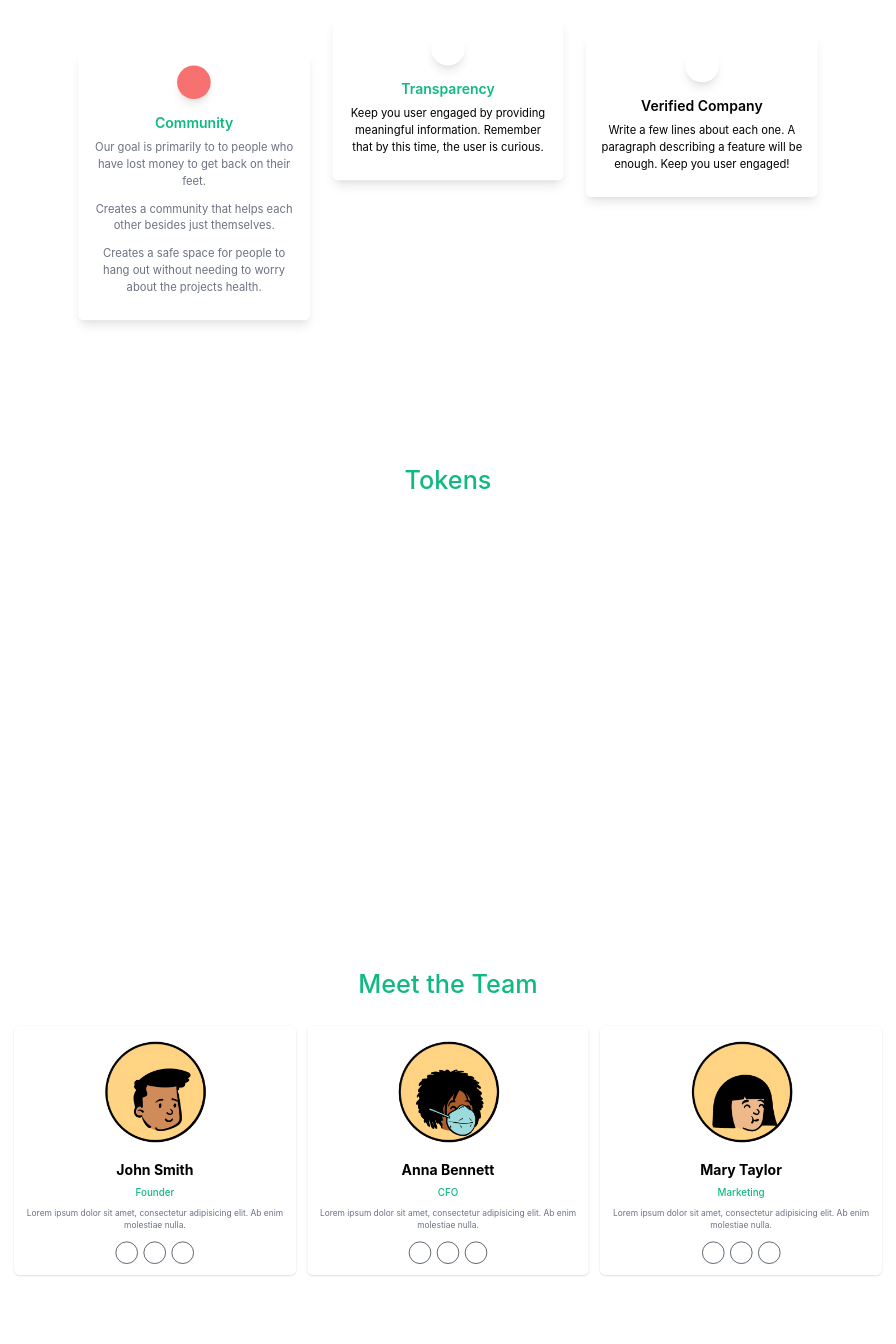
Repository: rhinorphan/phat-landing-page
Page: /
These files come from the project's save history. The page is drawn as it stood at one moment and after the next save; the edit follows.
The browser window is 1280 px wide. The pictures show the part of the page from y = 1552 to 3472 px (the page is 4120 px tall before and 4080 px after), at 70% of full size.
The project was rebuilt for these pictures with package versions that can differ from the ones it lists, and the page was loaded fresh each time. Also part of the build but not shown: craco.config.js.

Above is the page before, as saved 2021-11-17 17:38:38.

### public/index.html
<!DOCTYPE html>
<html lang="en">
  <head>
    <meta charset="utf-8" />
    <link rel="icon" href="%PUBLIC_URL%/assets/images/server_icon.png" />
    <meta name="PHAT" content="width=device-width, initial-scale=1" />
    <meta name="theme-color" content="#000000" />
    <meta
      name="description"
      content="PHAT Landing Page"
    />
    <link rel="apple-touch-icon" href="%PUBLIC_URL%/assets/images/server_icon.png" />
    <!--
      manifest.json provides metadata used when your web app is installed on a
      user's mobile device or desktop. See https://developers.google.com/web/fundamentals/web-app-manifest/
    -->
    <link rel="manifest" href="%PUBLIC_URL%/manifest.json" />
    <!--
      Notice the use of %PUBLIC_URL% in the tags above.
      It will be replaced with the URL of the `public` folder during the build.
      Only files inside the `public` folder can be referenced from the HTML.

      Unlike "/favicon.ico" or "favicon.ico", "%PUBLIC_URL%/favicon.ico" will
      work correctly both with client-side routing and a non-root public URL.
      Learn how to configure a non-root public URL by running `npm run build`.
    -->
    <title>Party Hats</title>
  </head>
  <body>
    <noscript>You need to enable JavaScript to run this app.</noscript>
    <div id="root"></div>
    <!--
      This HTML file is a template.
      If you open it directly in the browser, you will see an empty page.

      You can add webfonts, meta tags, or analytics to this file.
      The build step will place the bundled scripts into the <body> tag.

      To begin the development, run `npm start` or `yarn start`.
      To create a production bundle, use `npm run build` or `yarn build`.
    -->
  </body>
</html>

### src/App.js
import logo from './logo.svg';
import './App.css';
import Header from './components/Header';
import Contact from './components/Contact';
import Landing from './components/Landing';
import Community from './components/Community';
import Tokens from './components/Tokens';
import About from './components/About';

function App() {
  return (
    <div className="app">
        <Header />
        <div className="app__body">
          <Landing />
          <Community />
          <Tokens />
          <About />
          <Contact />
        </div>
    </div>
  );
}

export default App;

### src/App.css
.active {
  @apply py-4 px-2 text-green-500 border-b-4 border-green-500 font-semibold
}

.active2 {
  @apply block text-sm px-2 py-4 text-white bg-green-500 font-semibold
}

.nobull {
  list-style-type: none;
}

### src/components/Header.js
import React from 'react';
import { Link, animateScroll as scroll } from "react-scroll";

function Header() {

  const handleSubmit = (e) => {
    e.preventDefault();

		const menu = document.querySelector(".mobile-menu");

		menu.classList.toggle("hidden");
  }
  const scrollToTop = (e) => {
    scroll.scrollToTop();
  };

  return (
    <nav class="bg-white shadow-lg sticky top-0">
			<div class="max-w-6xl mx-auto px-4">
				<div class="flex justify-between">
					<div class="flex space-x-7">
						<div>
							<a href="" class="flex items-center py-4 px-2">
								<img src={`${process.env.PUBLIC_URL}/assets/images/server_icon.png`} alt="Logo" class="inline object-cover w-12 h-12 mr-4 rounded-full"/>
								<span onClick={scrollToTop}class="font-semibold text-gray-500 text-lg">Party Hats</span>
							</a>
						</div>
						<div class="hidden md:flex items-center space-x-1 nobull">
              <li><Link activeClass="active" className="py-4 px-2 text-gray-500 font-semibold hover:text-green-500 transition duration-300 cursor-pointer"
              to="landing" spy={true} smooth={true} duration={500}>Home</Link></li>
							<li><Link activeClass="active" className="py-4 px-2 text-gray-500 font-semibold hover:text-green-500 transition duration-300 cursor-pointer"
              to="community" spy={true} smooth={true} duration={500}>Community</Link></li>
              <li><Link activeClass="active" className="py-4 px-2 text-gray-500 font-semibold hover:text-green-500 transition duration-300 cursor-pointer"
              to="token" spy={true} smooth={true} duration={500}>Tokens</Link></li>
							<li><Link activeClass="active" className="py-4 px-2 text-gray-500 font-semibold hover:text-green-500 transition duration-300 cursor-pointer"
              to="about" spy={true} smooth={true} duration={500}>About</Link></li>
							<li><Link activeClass="active" className="py-4 px-2 text-gray-500 font-semibold hover:text-green-500 transition duration-300 cursor-pointer"
              to="contact" spy={true} smooth={true} duration={500}>Contact</Link></li>
						</div>
					</div>
					<div class="hidden md:flex items-center space-x-3 ">
						<a target="_blank" rel="noopener noreferrer" href="https://tetr.io/" class="py-2 px-8 font-medium text-white bg-green-500 hover:bg-green-400 transition duration-300 rounded-full">Play</a>
					</div>
					<div class="md:hidden flex items-center">
						<button class="outline-none mobile-menu-button" onClick={handleSubmit}>
						<svg class=" w-6 h-6 text-gray-500 hover:text-green-500 "
							x-show="!showMenu"
							fill="none"
							stroke-linecap="round"
							stroke-linejoin="round"
							stroke-width="2"
							viewBox="0 0 24 24"
							stroke="currentColor"
						>
							<path d="M4 6h16M4 12h16M4 18h16"></path>
						</svg>
					</button>
					</div>
				</div>
			</div>
			<div class="hidden mobile-menu">
				<ul class="">
					<li><Link activeClass="active2" className="block text-sm px-2 py-4 hover:bg-green-500 transition duration-300 hover:text-white cursor-pointer"
              to="landing" spy={true} smooth={true} duration={500}>Home</Link></li>
					<li><Link activeClass="active2" className="block text-sm px-2 py-4 hover:bg-green-500 transition duration-300 hover:text-white cursor-pointer"
              to="community" spy={true} smooth={true} duration={500}>Community</Link></li>
          <li><Link activeClass="active2" className="block text-sm px-2 py-4 hover:bg-green-500 transition duration-300 hover:text-white cursor-pointer"
              to="token" spy={true} smooth={true} duration={500}>Tokens</Link></li>
					<li><Link activeClass="active2" className="block text-sm px-2 py-4 hover:bg-green-500 transition duration-300 hover:text-white cursor-pointer"
              to="about" spy={true} smooth={true} duration={500}>About</Link></li>
					<li><Link activeClass="active2" className="block text-sm px-2 py-4 hover:bg-green-500 transition duration-300 hover:text-white cursor-pointer"
              to="contact" spy={true} smooth={true} duration={500}>Contact</Link></li>
				</ul>
			</div>
		</nav>
  )
}

export default Header

### src/components/Contact.js
import React from 'react'
import { Link, animateScroll as scroll } from "react-scroll";

function Contact() {

  return (
    <section
      className="text-gray-700 body-font h-100" name="contact">
        <div className="container px-5 py-18 mx-auto">
          <div className="flex flex-col text-center w-full mb-12">
            <h1 className="sm:text-4xl text-2xl font-medium title-font mb-4 text-green-500">
              Contact Us
            </h1>
            <p className="lg:w-2/3 mx-auto leading-relaxed text-base">
            Neque porro quisquam est qui dolorem ipsum quia dolor sit amet, consectetur, adipisci velit.
            </p>
          </div>
          <div className="lg:w-1/2 md:w-2/3 mx-auto">
            <div className="flex flex-wrap -m-2">
              <div className="p-2 w-1/2">
                <div className="">
                  <label for="name" className="leading-7 text-sm text-gray-600">
                    Name
                  </label>
                  <input
                    type="text"
                    id="name"
                    name="name"
                    className="w-full bg-gray-100 rounded border border-gray-300 focus:border-green-500 text-base outline-none text-gray-700 py-1 px-3 leading-8 transition-colors duration-200 ease-in-out"
                  />
                </div>
              </div>
              <div className="p-2 w-1/2">
                <div className="">
                  <label
                    for="email"
                    className="leading-7 text-sm text-gray-600"
                  >
                    Email
                  </label>
                  <input
                    type="email"
                    id="email"
                    name="email"
                    className="w-full bg-gray-100 rounded border border-gray-300 focus:border-green-500 text-base outline-none text-gray-700 py-1 px-3 leading-8 transition-colors duration-200 ease-in-out"
                  />
                </div>
              </div>
              <div className="p-2 w-full">
                <div className="">
                  <label
                    for="message"
                    className="leading-7 text-sm text-gray-600"
                  >
                    Message
                  </label>
                  <textarea
                    id="message"
                    name="message"
                    className="w-full bg-gray-100 rounded border border-gray-300 focus:border-green-500 h-32 text-base outline-none text-gray-700 py-1 px-3 resize-none leading-6 transition-colors duration-200 ease-in-out"
                  ></textarea>
                </div>
              </div>
              <div className="p-2 w-full">
                <button className="flex mx-auto py-2 px-8 font-medium text-white bg-green-500 rounded hover:bg-green-400 transition duration-300">
                  Send
                </button>
              </div>
              <div className="p-2 w-full pt-8 mt-8 border-t border-gray-200 text-center">
                <a className="text-green-500">example@email.com</a>
                <p className="leading-normal my-5">
                  49 Smith St.
                  <br />
                  Saint Cloud, MN 56301
                </p>
                <span className="inline-flex">
                  <a className="ml-4 text-gray-500">
                    <svg xmlns="http://www.w3.org/2000/svg" className="w-5 h-5" fill="currentColor" class="bi bi-discord" viewBox="0 0 16 16">
                      <path d="M13.545 2.907a13.227 13.227 0 0 0-3.257-1.011.05.05 0 0 0-.052.025c-.141.25-.297.577-.406.833a12.19 12.19 0 0 0-3.658 0 8.258 8.258 0 0 0-.412-.833.051.051 0 0 0-.052-.025c-1.125.194-2.22.534-3.257 1.011a.041.041 0 0 0-.021.018C.356 6.024-.213 9.047.066 12.032c.001.014.01.028.021.037a13.276 13.276 0 0 0 3.995 2.02.05.05 0 0 0 .056-.019c.308-.42.582-.863.818-1.329a.05.05 0 0 0-.01-.059.051.051 0 0 0-.018-.011 8.875 8.875 0 0 1-1.248-.595.05.05 0 0 1-.02-.066.051.051 0 0 1 .015-.019c.084-.063.168-.129.248-.195a.05.05 0 0 1 .051-.007c2.619 1.196 5.454 1.196 8.041 0a.052.052 0 0 1 .053.007c.08.066.164.132.248.195a.051.051 0 0 1-.004.085 8.254 8.254 0 0 1-1.249.594.05.05 0 0 0-.03.03.052.052 0 0 0 .003.041c.24.465.515.909.817 1.329a.05.05 0 0 0 .056.019 13.235 13.235 0 0 0 4.001-2.02.049.049 0 0 0 .021-.037c.334-3.451-.559-6.449-2.366-9.106a.034.034 0 0 0-.02-.019Zm-8.198 7.307c-.789 0-1.438-.724-1.438-1.612 0-.889.637-1.613 1.438-1.613.807 0 1.45.73 1.438 1.613 0 .888-.637 1.612-1.438 1.612Zm5.316 0c-.788 0-1.438-.724-1.438-1.612 0-.889.637-1.613 1.438-1.613.807 0 1.451.73 1.438 1.613 0 .888-.631 1.612-1.438 1.612Z"/>
                    </svg>
                  </a>
                  <a className="ml-4 text-gray-500">
                    <svg xmlns="http://www.w3.org/2000/svg" className="w-5 h-5" fill="currentColor" class="bi bi-telegram" viewBox="0 0 16 16">
                      <path d="M16 8A8 8 0 1 1 0 8a8 8 0 0 1 16 0zM8.287 5.906c-.778.324-2.334.994-4.666 2.01-.378.15-.577.298-.595.442-.03.243.275.339.69.47l.175.055c.408.133.958.288 1.243.294.26.006.549-.1.868-.32 2.179-1.471 3.304-2.214 3.374-2.23.05-.012.12-.026.166.016.047.041.042.12.037.141-.03.129-1.227 1.241-1.846 1.817-.193.18-.33.307-.358.336a8.154 8.154 0 0 1-.188.186c-.38.366-.664.64.015 1.088.327.216.589.393.85.571.284.194.568.387.936.629.093.06.183.125.27.187.331.236.63.448.997.414.214-.02.435-.22.547-.82.265-1.417.786-4.486.906-5.751a1.426 1.426 0 0 0-.013-.315.337.337 0 0 0-.114-.217.526.526 0 0 0-.31-.093c-.3.005-.763.166-2.984 1.09z"/>
                    </svg>
                  </a>
                </span>
              </div>
            </div>
          </div>
        </div>
      </section>
  )
}

export default Contact

### src/components/Landing.js
import React from 'react'
import { Link, animateScroll as scroll } from "react-scroll";

function Landing() {
  return (
    <section className="grid md:flex place-items-center h-screen py-10 px-4" name="landing">
      <div class="mx-16">
        <h2 class="text-4xl  font-bold mb-2 text-green-500">
          Community Arcade Cabinet
        </h2>
        <h3 class="text-2xl mb-2 text-gray-300">
        With your beloved games.
        </h3>
        <h3 class="text-2xl mb-8 text-green-500">
        Join the revolution!
        </h3>

        <button class="m-2 bg-white font-bold rounded-full py-4 px-8 shadow-lg uppercase tracking-wider text-green-500 hover:bg-green-400 transition duration-300 hover:text-white">
          <a target="_blank" rel="noopener noreferrer" href="https://lionell-moore.gitbook.io/crypto-party-hats/introductions/what-is-party-hats">Whitepaper</a>
        </button>
        <button class="m-2 bg-white font-bold rounded-full py-4 px-8 shadow-lg uppercase tracking-wider text-green-500 hover:bg-green-400 transition duration-300 hover:text-white">
          <a target="_blank" rel="noopener noreferrer" href="#"><Link activeClass="active"
              to="community" spy={true} smooth={true} duration={500}>Learn More</Link></a>
        </button>
      </div>
      <div className="w-full">
        <img src={`${process.env.PUBLIC_URL}/assets/images/landing.png`} alt="" className="h-full w-full"/>
      </div>
    </section>
  )
}

export default Landing

### src/components/Community.js
import React from 'react'

function Community() {
  return (
    <section className="grid md:grid place-items-center h-100 py-10 px-4" name="community">
      <div className="w-min-50">
        <img src={`${process.env.PUBLIC_URL}/assets/images/collab.png`} alt=""/>
      </div>
      <div class="mx-16 w-50">
        <h2 class="flex text-4xl  font-bold mb-2 text-green-500 justify-center">
        Party Hats?
        </h2>
        <h3 class="flex text-2xl mb-2 text-gray-300 text-center">
        The Party Hats team and our community aims to be a central guild for anyone to join in and spend some time playing games with others as if you were at the arcade with friends. Our community will be more focused on helping fellow members who have either been rugpulled on or scammed by other people in the crypto space.
        </h3>
        <section class="pb-10 bg-blueGray-200 mt-8">
        <div class="container mx-auto px-4">
          <div class="flex flex-wrap">
            <div class="lg:pt-12 pt-6 w-full md:w-4/12 px-4 text-center">
              <div class="relative flex flex-col min-w-0 break-words bg-white w-full mb-8 shadow-lg rounded-lg">
                <div class="px-4 py-5 flex-auto">
                  <div class="text-white p-3 text-center inline-flex items-center justify-center w-12 h-12 mb-5 shadow-lg rounded-full bg-red-400">
                    <i class="fas fa-award"></i>
                  </div>
                  <h6 class="text-xl font-semibold text-green-500">Community</h6>
                  <p class="mt-2 mb-4 text-gray-500">
                  Our goal is primarily to to people who have lost money to get back on their feet.</p>
                  <p class="mt-2 mb-4 text-gray-500">
                  Creates a community that helps each other besides just themselves.
                  </p>
                  <p class="mt-2 mb-4 text-gray-500">
                  Creates a safe space for people to hang out without needing to worry about the projects health.
                  </p>
                </div>
              </div>
            </div>
            <div class="w-full md:w-4/12 px-4 text-center">
              <div class="relative flex flex-col min-w-0 break-words bg-white w-full mb-8 shadow-lg rounded-lg">
                <div class="px-4 py-5 flex-auto">
                  <div class="text-white p-3 text-center inline-flex items-center justify-center w-12 h-12 mb-5 shadow-lg rounded-full bg-lightBlue-400">
                    <i class="fas fa-retweet"></i>
                  </div>
                  <h6 class="text-xl font-semibold text-green-500">Transparency</h6>
                  <p class="mt-2 mb-4 text-blueGray-500">
                    Keep you user engaged by providing meaningful information.
                    Remember that by this time, the user is curious.
                  </p>
                </div>
              </div>
            </div>
            <div class="pt-6 w-full md:w-4/12 px-4 text-center">
              <div class="relative flex flex-col min-w-0 break-words bg-white w-full mb-8 shadow-lg rounded-lg">
                <div class="px-4 py-5 flex-auto">
                  <div class="text-white p-3 text-center inline-flex items-center justify-center w-12 h-12 mb-5 shadow-lg rounded-full bg-emerald-400">
                    <i class="fas fa-fingerprint"></i>
                  </div>
                  <h6 class="text-xl font-semibold">Verified Company</h6>
                  <p class="mt-2 mb-4 text-blueGray-500">
                    Write a few lines about each one. A paragraph describing a
                    feature will be enough. Keep you user engaged!
                  </p>
                </div>
              </div>
            </div>
          </div>
        </div>
        </section>
      </div>
    </section>
  )
}

export default Community

### src/components/Tokens.js
import React from 'react'

function Tokens() {
  return (
    <section name="token" className="h-screen container px-5 py-24 mx-auto flex justify-center">
      <p className="sm:text-4xl text-2xl font-medium title-font mb-4 text-green-500">Tokens</p>
    </section>
  )
}

export default Tokens

### src/components/About.js
import React from 'react'

// shadow-lg border border-gray-200 rounded-full overflow-hidden - picture TEAM div className

function About() {
  return (
    <section name="about" className="h-100 container px-5 py-24 mx-auto flex-col">
      <div>
        <p className="flex justify-center sm:text-4xl text-2xl font-medium title-font mb-10 text-green-500">Meet the Team</p>
      </div>
      <div class="flex flex-col sm:flex-row gap-4">

			<div class="flex flex-col items-center justify-center bg-white p-4 shadow rounded-lg">
				<div class="inline-flex h-40 w-40">
					<img src={`${process.env.PUBLIC_URL}/assets/images/team1.png`}
						 alt=""
						 class="h-full w-full"/>
				</div>

				<h2 class="mt-4 font-bold text-xl">John Smith</h2>
				<h6 class="mt-2 text-sm font-medium text-green-500">Founder</h6>

				<p class="text-xs text-gray-500 text-center mt-3">
					Lorem ipsum dolor sit amet, consectetur adipisicing elit. Ab enim molestiae nulla.
				</p>

				<ul class="flex flex-row mt-4 space-x-2">
					<li>
						<a href="" class="flex items-center justify-center h-8 w-8 border rounded-full text-gray-800 border-gray-800">
							<i class="fab fa-facebook"></i>
						</a>
					</li>
					<li>
						<a href="" class="flex items-center justify-center h-8 w-8 border rounded-full text-gray-800 border-gray-800">
							<i class="fab fa-twitter"></i>
						</a>
					</li>
					<li>
						<a href="" class="flex items-center justify-center h-8 w-8 border rounded-full text-gray-800 border-gray-800">
							<i class="fab fa-instagram"></i>
						</a>
					</li>
				</ul>
			</div>

			<div class="flex flex-col items-center justify-center bg-white p-4 shadow rounded-lg">
				<div class="inline-flex h-40 w-40">
					<img src={`${process.env.PUBLIC_URL}/assets/images/team2.png`}
						 alt=""
						 class="h-full w-full"/>
				</div>

				<h2 class="mt-4 font-bold text-xl">Anna Bennett</h2>
				<h6 class="mt-2 text-sm font-medium text-green-500">CFO</h6>

				<p class="text-xs text-gray-500 text-center mt-3">
					Lorem ipsum dolor sit amet, consectetur adipisicing elit. Ab enim molestiae nulla.
				</p>

				<ul class="flex flex-row mt-4 space-x-2">
					<li>
						<a href="" class="flex items-center justify-center h-8 w-8 border rounded-full text-gray-800 border-gray-800">
							<i class="fab fa-facebook"></i>
						</a>
					</li>
					<li>
						<a href="" class="flex items-center justify-center h-8 w-8 border rounded-full text-gray-800 border-gray-800">
							<i class="fab fa-twitter"></i>
						</a>
					</li>
					<li>
						<a href="" class="flex items-center justify-center h-8 w-8 border rounded-full text-gray-800 border-gray-800">
							<i class="fab fa-instagram"></i>
						</a>
					</li>
				</ul>
			</div>

			<div class="flex flex-col items-center justify-center bg-white p-4 shadow rounded-lg">
				<div class="inline-flex h-40 w-40">
					<img src={`${process.env.PUBLIC_URL}/assets/images/team3.png`}
						 alt=""
						 class="h-full w-full"/>
				</div>

				<h2 class="mt-4 font-bold text-xl">Mary Taylor</h2>
				<h6 class="mt-2 text-sm font-medium text-green-500">Marketing</h6>

				<p class="text-xs text-gray-500 text-center mt-3">
					Lorem ipsum dolor sit amet, consectetur adipisicing elit. Ab enim molestiae nulla.
				</p>

				<ul class="flex flex-row mt-4 space-x-2">
					<li>
						<a href="" class="flex items-center justify-center h-8 w-8 border rounded-full text-gray-800 border-gray-800">
							<i class="fab fa-facebook"></i>
						</a>
					</li>
					<li>
						<a href="" class="flex items-center justify-center h-8 w-8 border rounded-full text-gray-800 border-gray-800">
							<i class="fab fa-twitter"></i>
						</a>
					</li>
					<li>
						<a href="" class="flex items-center justify-center h-8 w-8 border rounded-full text-gray-800 border-gray-800">
							<i class="fab fa-instagram"></i>
						</a>
					</li>
				</ul>
			</div>

		</div>

    </section>
  )
}

export default About

Loaded but not shown: src/index.js (common file); src/index.css (common file); src/reportWebVitals.js (common file); tailwind.config.js (common file)

After the next save:
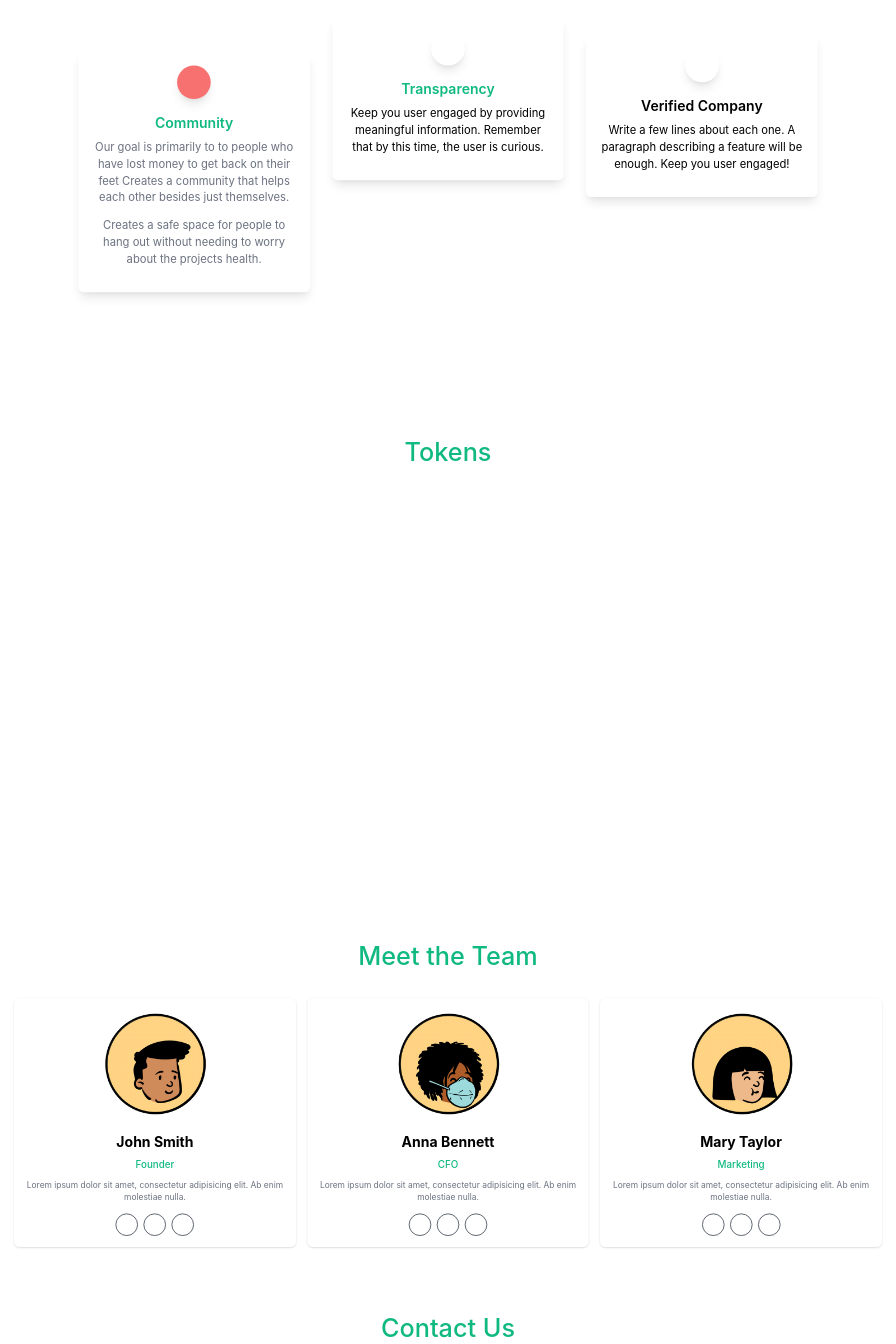
Saved 36 s later.
--- a/src/components/Community.js
+++ b/src/components/Community.js
@@ -24,8 +24,7 @@ function Community() {
                   </div>
                   <h6 class="text-xl font-semibold text-green-500">Community</h6>
                   <p class="mt-2 mb-4 text-gray-500">
-                  Our goal is primarily to to people who have lost money to get back on their feet.</p>
-                  <p class="mt-2 mb-4 text-gray-500">
+                  Our goal is primarily to to people who have lost money to get back on their feet
                   Creates a community that helps each other besides just themselves.
                   </p>
                   <p class="mt-2 mb-4 text-gray-500">
